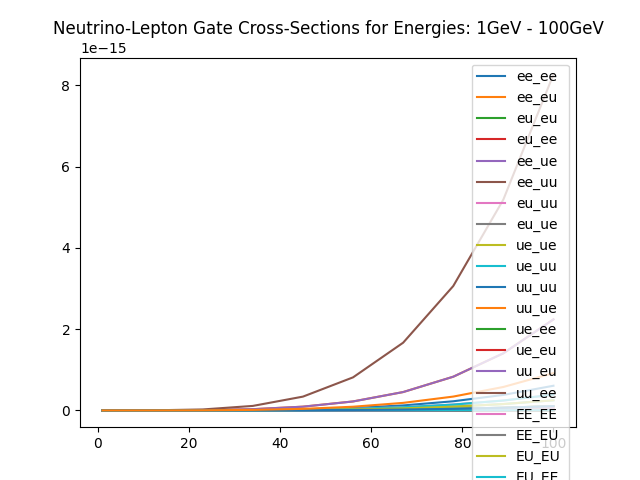
Repository: MichaelCullen2011/QuantumAndNeutrinos
Script's output: python neutrinos.py
These files come from the project's save history. The script's output is drawn as it stood at one moment and after the next save; the edit follows.
Random numbers start from a fixed seed.

Above is the script's output before, as saved 2021-06-02 13:59:38.

After the next save:
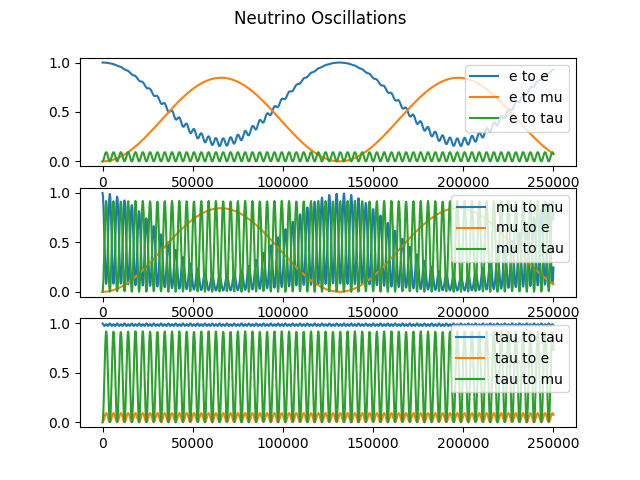
Saved 77 s later.
--- a/neutrinos.py
+++ b/neutrinos.py
@@ -78,20 +78,20 @@ class Oscillations:
         for x in x_range:
             n += 1
             print(f"Calculated Probability {n} of {max_points}")
-            p_e_mu_list.append(Oscillations.prob(self, flavours='e_mu', x=x))
-            p_e_tau_list.append(Oscillations.prob(self, flavours='e_tau', x=x))
+            p_e_mu_list.append(Oscillations.prob(self, flavours='eu', x=x))
+            p_e_tau_list.append(Oscillations.prob(self, flavours='et', x=x))
             p_e_e_list.append(
-                (1 - (Oscillations.prob(self, flavours='e_mu', x=x)) * (1 - Oscillations.prob(self, flavours='e_tau', x=x))))
-
-            p_mu_e_list.append(Oscillations.prob(self, flavours='mu_e', x=x))
-            p_mu_tau_list.append(Oscillations.prob(self, flavours='mu_tau', x=x))
+                (1 - (Oscillations.prob(self, flavours='eu', x=x)) * (1 - Oscillations.prob(self, flavours='et', x=x))))
+
+            p_mu_e_list.append(Oscillations.prob(self, flavours='ue', x=x))
+            p_mu_tau_list.append(Oscillations.prob(self, flavours='ut', x=x))
             p_mu_mu_list.append(
-                (1 - Oscillations.prob(self, flavours='mu_e', x=x)) * (1 - Oscillations.prob(self, flavours='mu_tau', x=x)))
-
-            p_tau_e_list.append(Oscillations.prob(self, flavours='tau_e', x=x))
-            p_tau_mu_list.append(Oscillations.prob(self, flavours='tau_mu', x=x))
+                (1 - Oscillations.prob(self, flavours='ue', x=x)) * (1 - Oscillations.prob(self, flavours='ut', x=x)))
+
+            p_tau_e_list.append(Oscillations.prob(self, flavours='te', x=x))
+            p_tau_mu_list.append(Oscillations.prob(self, flavours='tu', x=x))
             p_tau_tau_list.append(
-                (1 - (Oscillations.prob(self, flavours='tau_e', x=x)) * (1 - Oscillations.prob(self, flavours='tau_mu', x=x))))
+                (1 - (Oscillations.prob(self, flavours='te', x=x)) * (1 - Oscillations.prob(self, flavours='tu', x=x))))
 
         prob_e = [p_e_e_list, p_e_mu_list, p_e_tau_list]
         prob_mu = [p_mu_mu_list, p_mu_e_list, p_mu_tau_list]
@@ -118,17 +118,17 @@ class Oscillations:
             n += 1
 
     def prob(self, flavours, x):
-        if flavours == 'e_mu':
+        if flavours == 'eu':
             prob = sin_sq_theta_e_mu * np.square(np.sin(1.27 * delta_m_e_mu_sq * x / 4))
-        elif flavours == 'e_tau':
+        elif flavours == 'et':
             prob = sin_sq_theta_e_tau * np.square(np.sin(1.27 * delta_m_e_tau_sq * x / 4))
-        elif flavours == 'mu_e':
+        elif flavours == 'ue':
             prob = sin_sq_theta_e_mu * np.square(np.sin(1.27 * delta_m_mu_e_sq * x / 4))
-        elif flavours == 'mu_tau':
+        elif flavours == 'ut':
             prob = sin_sq_theta_mu_tau * np.square(np.sin(1.27 * delta_m_mu_tau_sq * x / 4))
-        elif flavours == 'tau_e':
+        elif flavours == 'te':
             prob = sin_sq_theta_tau_e * np.square(np.sin(1.27 * delta_m_tau_e_sq * x / 4))
-        elif flavours == 'tau_mu':
+        elif flavours == 'tu':
             prob = sin_sq_theta_tau_mu * np.square(np.sin(1.27 * delta_m_tau_mu_sq * x / 4))
         return prob
 
@@ -387,10 +387,10 @@ class Gates:
 '''
 Running
 '''
-# Oscillations(distance=1e6)    # Prints oscillation probabilities for flavours given the distance it travels
+Oscillations(distance=1e6)    # Prints oscillation probabilities for flavours given the distance it travels
 
 # WaveFunctions(accuracy=20)      # Currently Broken. Doesnt plot correctly # Accuracy is the number of points within the range
 
-Gates(energy_list=np.linspace(1, 100, 10)).calculate()         # calculates and plots gate probabilities at various energies for different interactions
+# Gates(energy_list=np.linspace(1, 100, 10)).calculate()         # calculates and plots gate probabilities at various energies for different interactions
 
 plt.show()
